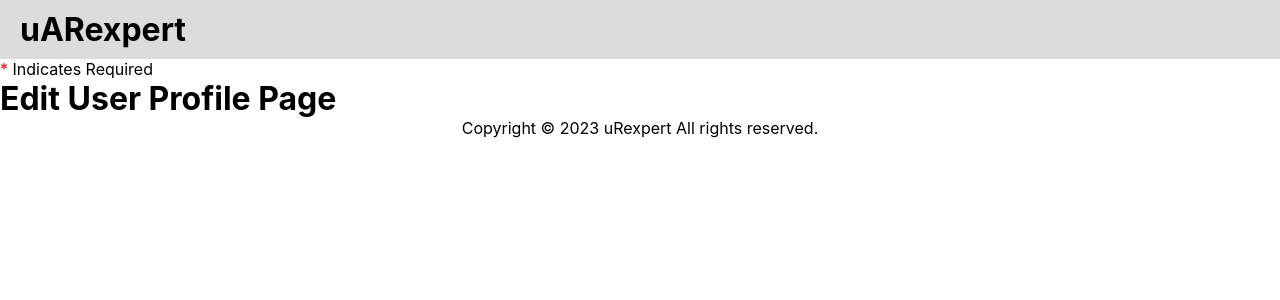
Repository: onionNguyen/Senior-Design-Project
Page: /profile/edit (app in frontend/)
The author's editor kept a copy of each file at every save. The page is drawn from the files as they stood at one save, then again after the next save.
The browser window is 1280 px wide. The pictures show the whole page.
The page's requests for data from a server got no answer. The project was rebuilt for these pictures with package versions that can differ from the ones it lists, and the page was loaded fresh each time. No one was signed in, and anything a server would have sent is missing. Also part of the build but not shown: frontend/src/components/form/Input.js, frontend/src/components/pages/edit-user-profile/EditProfile.module.css, frontend/src/components/form/MessageRibbon.js, frontend/src/components/pages/login/Login.module.css, frontend/src/components/pages/login/Login.js, frontend/src/components/sidenav/SideNav.module.css, frontend/src/components/sidenav/SideNav.js, frontend/src/components/pages/home/Home.module.css and 7 more.

Above is the page before, as saved 2023-10-27 00:12:33.

After the next save:
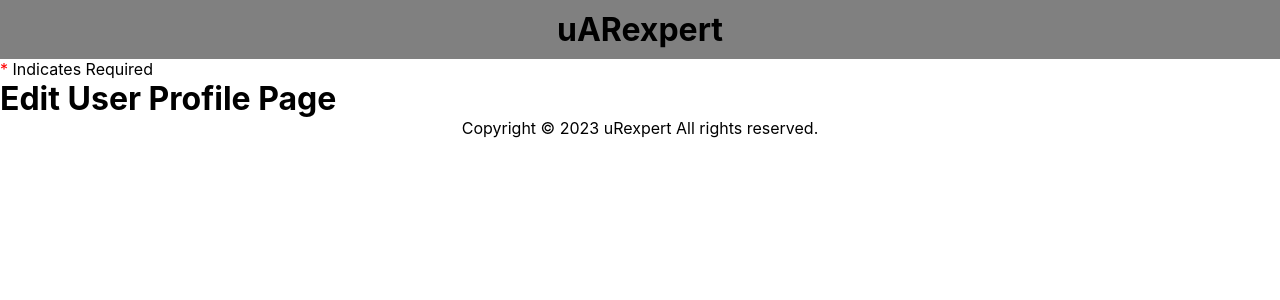
Saved 8 s later.
--- a/frontend/src/components/header/Header.module.css
+++ b/frontend/src/components/header/Header.module.css
@@ -1,10 +1,12 @@
 .header {
   display: flex;
-  justify-content: space-between;
+  justify-content: center;
   align-items: center;
-  background-color: gainsboro; /* Assuming the grey color; you can replace with your specific shade of grey. */
-  padding: 10px 20px; /* You can adjust padding as needed. */
+  background-color: grey;
+  padding: 10px 20px;
 }
+
+/* ... other styles ... */
 
 .left-aligned {
   display: flex;
